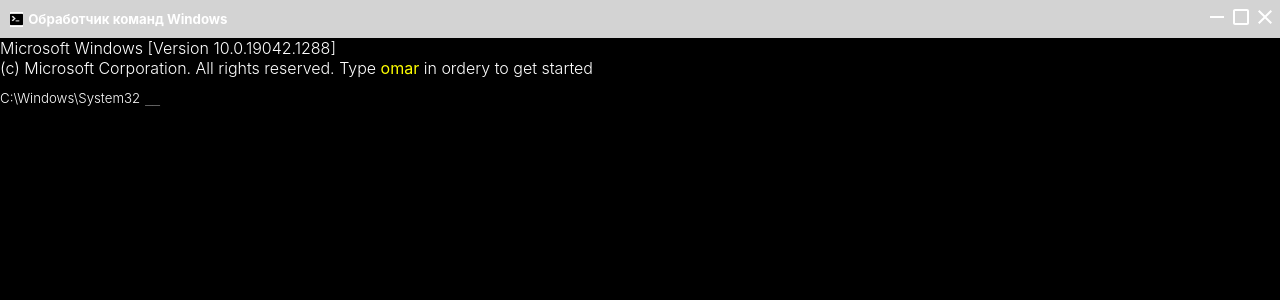
Repository: om1ars/cmd-port
Page: /
The author's editor kept a copy of each file at every save. The page is drawn from the files as they stood at one save, then again after a run of saves.
The browser window is 1280 px wide. The pictures show the whole page.
The project was rebuilt for these pictures with package versions that can differ from the ones it lists, and the page was loaded fresh each time.

Above is the page before, as saved 2021-11-04 15:57:51.

### src/App.js
import { Close, CropSquare, Fastfood, Remove } from "@material-ui/icons";
import { useState } from "react";
import cmd from "./assets/cdm3.png";
import "./styles.css";

function App() {
  const [state, setState] = useState("");
  const [stateSecond, setStateSecond] = useState("");
  const [omar, setOmar] = useState("");
  const [please, setPlease] = useState("");
  const [port, setPort] = useState("");
  const [about, setAbout] = useState("");
  const [exit, setExit] = useState("");
  const [shrink, setShrink] = useState(false);
  const [closeIcon, setCloseIcon] = useState(false);

  console.log(state);

  const handleSubmit = (e) => {
    e.preventDefault();
    setState("");
  };

  const handleSubmitSecond = (e) => {
    e.preventDefault();
    setStateSecond("");
  };

  const handleClick = () => {
    if (state === "omar") {
      setOmar("omar");
      setPlease("");
    } else if (state === "") {
      setPlease("Please type something otherwise you can not see anything");
      setOmar("");
    }
  };
  const handleClickSecond = () => {
    if (stateSecond === "exit") {
      setExit("exited");
      setAbout("");
      setPort("");
    } else if (stateSecond === "port") {
      setPort("port");
      setAbout("");
      setExit("");
    } else if (stateSecond === "about") {
      setPort("about");
      setAbout("");
      setExit("");
    }
  };

  const handleShrink = () => {
    setShrink(!shrink);
  };

  const handleCloseIcon = () => {
    setCloseIcon(!closeIcon);
  };

  return (
    <div
      className={`App__container ${shrink && `shrink`} ${closeIcon && `close`}`}
    >
      <div className="App__navbar">
        <div className="left">
          <img src={cmd} />
          <h5>Обработчик команд Windows</h5>
        </div>
        <div className="right">
          <Remove />
          <CropSquare onClick={handleShrink} />
          <Close onClick={handleCloseIcon} />
        </div>
      </div>
      <div className="app__context">
        <p>
          Microsoft Windows [Version 10.0.19042.1288] <br /> (c) Microsoft
          Corporation. All rights reserved. Type <span> omar </span> in ordery
          to get started
        </p>
        <h5>
          C:\Windows\System32
          <form onSubmit={handleSubmit}>
            <input
              value={state}
              onChange={(e) => setState(e.target.value)}
              type="text"
              placeholder="__"
            />
            <button type="submit" onClick={handleClick}></button>
          </form>
        </h5>
        {please && <h1>{please}</h1>}
        {omar && (
          <div className="second__layer">
            <h1>My name is Omar and I am a Fullstack Developer</h1>
            <p>
              Type <span>port</span> to get my portfolio
            </p>
            <p>
              Type <span>about</span> to get about me
            </p>
            <p>
              Type <span>exit</span> to quit
            </p>
            <h5>
              C:\Windows\System32
              <form onSubmit={handleSubmitSecond}>
                <input
                  value={stateSecond}
                  onChange={(e) => setStateSecond(e.target.value)}
                  type="text"
                  placeholder="__"
                />
                <button type="submit" onClick={handleClickSecond}></button>
              </form>
            </h5>
          </div>
        )}
        {port && <p className="">{port}</p>}
        {about && <p className="">{about}</p>}
        {exit && <p className="">{exit}</p>}
      </div>
    </div>
  );
}

export default App;

### src/styles.css
.App__container {
  background-color: black;
  min-height: 100vh;
  color: white;
  overflow-x: hidden;
  overflow-y: scroll;
}
.App__navbar {
  /* height: 25px; */
  width: 99%;
  padding-right: 25px;
  background-color: lightgray;
  padding-left: 10px;
  padding-top: 5px;
  display: flex;
  padding-bottom: 5px;
  align-items: center;
}
.App__navbar > h5 {
  color: black;
}
.left {
  display: flex;
  align-items: center;
}
.left > img {
  height: 15px;
  margin-right: 5px;
  object-fit: contain;
}

.app__context > p {
  font-weight: 300;
}
.app__context > h5 {
  margin-top: 12px;
  font-weight: 300;
  margin-right: 5px;
}

input {
  border: none;
  outline: none;
  width: 80%;
  background-color: black;
}
input {
  color: yellow;
  margin-left: 3px;
}
button {
  display: none;
}
.app__context > h5 {
  display: flex;
}
.app__context > p > span {
  color: yellow;
  font-weight: 400;
}
.App__navbar {
  display: flex;
  align-items: center;
  justify-content: space-between;
}
.please {
  color: yellow;
  font-weight: 400;
}

.second__layer {
  display: flex;
  flex-direction: column;
}
.second__layer > p > span {
  color: yellow;
  font-weight: 400;
  margin-bottom: 10px;
}

.second__layer > h5 {
  margin-top: 25px;
}
.shrink {
  width: 800px;
  min-height: 500px;
  margin: auto;
}
.close {
  display: none;
}

Loaded but not shown: public/index.html (common file); src/index.js (common file); src/index.css (common file)

After the next 3 saves:
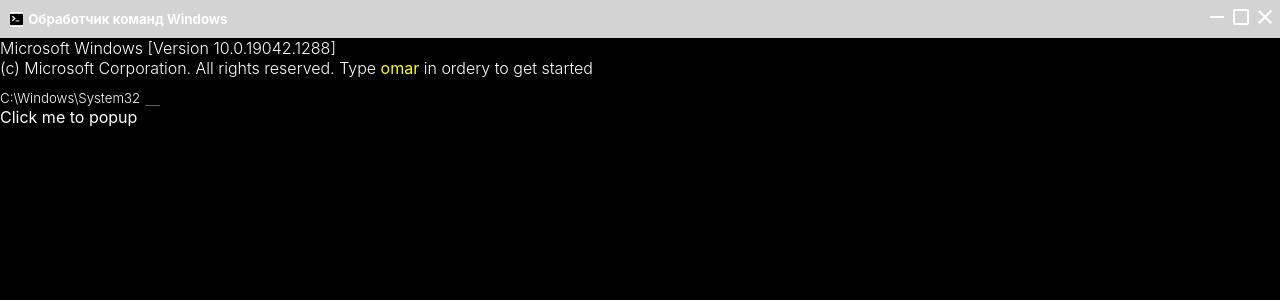
The 3 saves are shown as one change because 1 did not build or start and some came seconds apart.
The last was saved 32 s later.
--- a/src/App.js
+++ b/src/App.js
@@ -123,6 +123,7 @@
         {about && <p className="">{about}</p>}
         {exit && <p className="">{exit}</p>}
       </div>
+      <p on>Click me to popup</p>
     </div>
   );
 }

After the save that followed:
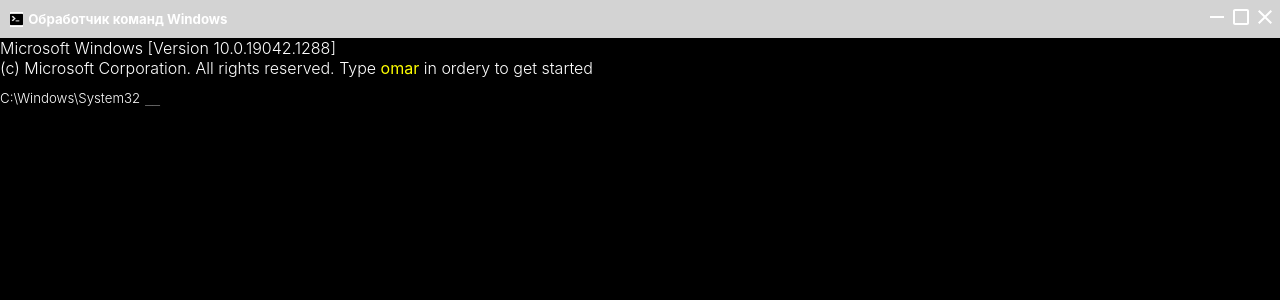
Saved 6 s later.
--- a/src/App.js
+++ b/src/App.js
@@ -123,7 +123,6 @@
         {about && <p className="">{about}</p>}
         {exit && <p className="">{exit}</p>}
       </div>
-      <p on>Click me to popup</p>
     </div>
   );
 }
